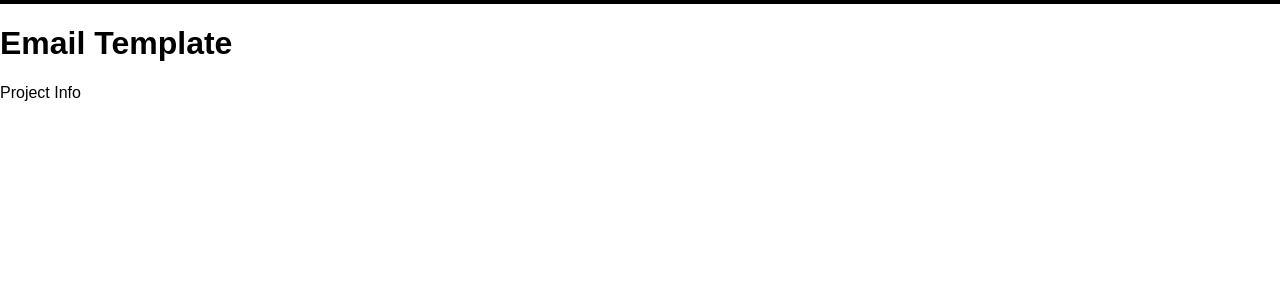
Repository: MikeeBuilds/email-template
Page: index.html
These files come from the project's save history. The page is drawn as it stood at one moment and after a run of saves; the edit follows.
The browser window is 1280 px wide. The pictures show the whole page.

Above is the page before, as saved 2022-11-21 15:39:10.

After the next 5 saves:
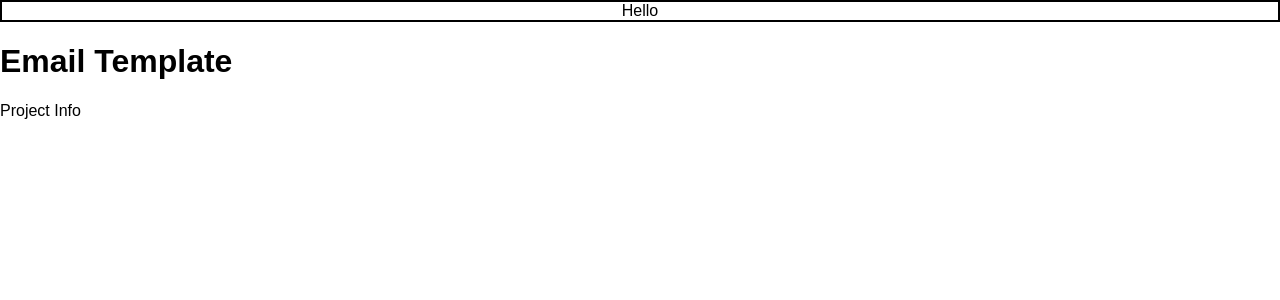
The 5 saves are shown as one change because they came seconds apart.
The last was saved 14 s later.
--- a/index.html
+++ b/index.html
@@ -29,7 +29,7 @@
     border-spacing: 0; background: #ffffff;">
         <tr>
             <td align="center" style="padding: 0;">
-
+                Hello
             </td>
         </tr>
     </table>
